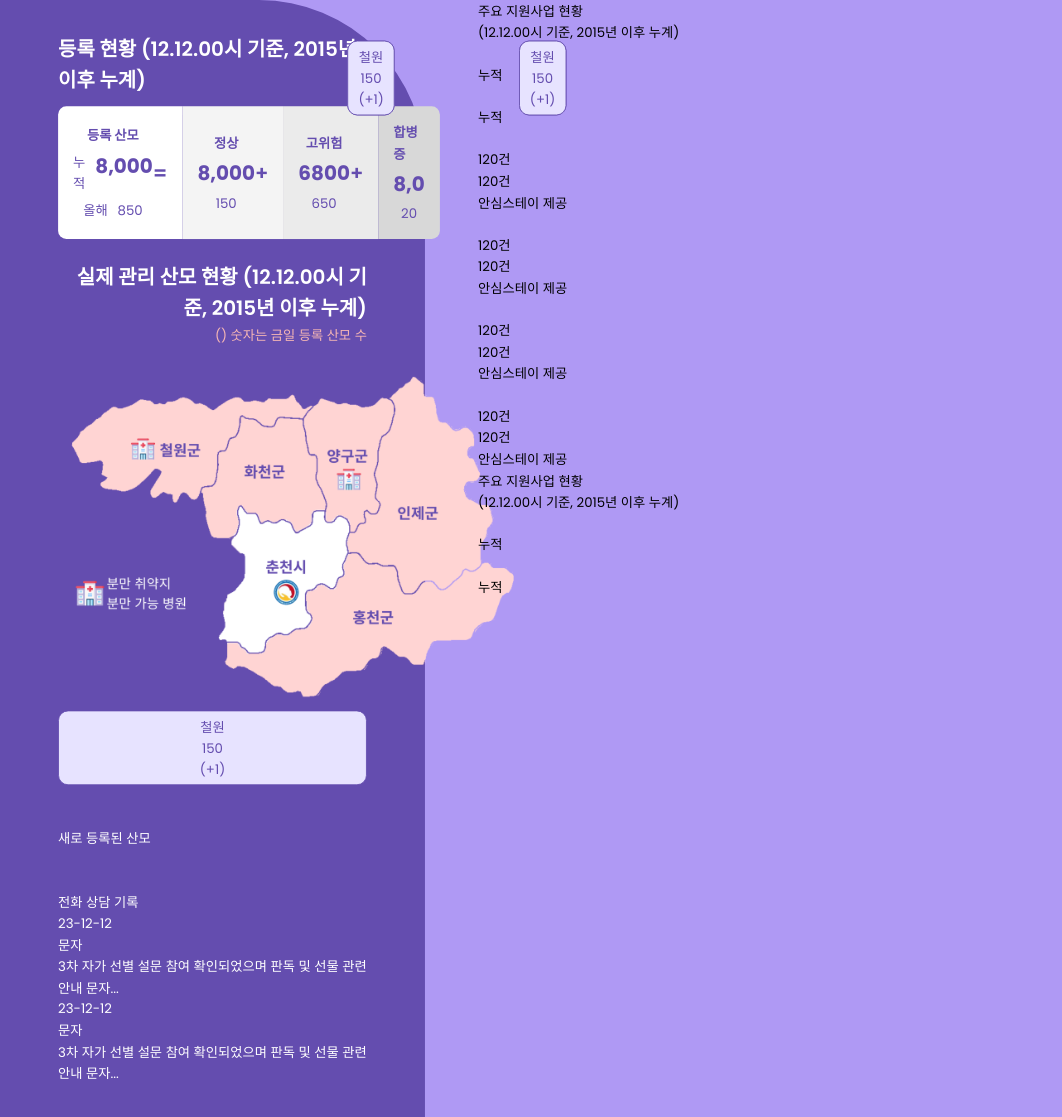
Repository: giapchicuong/Perganancy_Web
Page: index.html
An editor plug-in stored every save of this project. The page is shown before and after the next save, followed by the edit.
The browser window is 1280 px wide. The pictures show the whole page, at 83% of full size.

Above is the page before, as saved 2024-03-06 18:02:25.

After the next save:
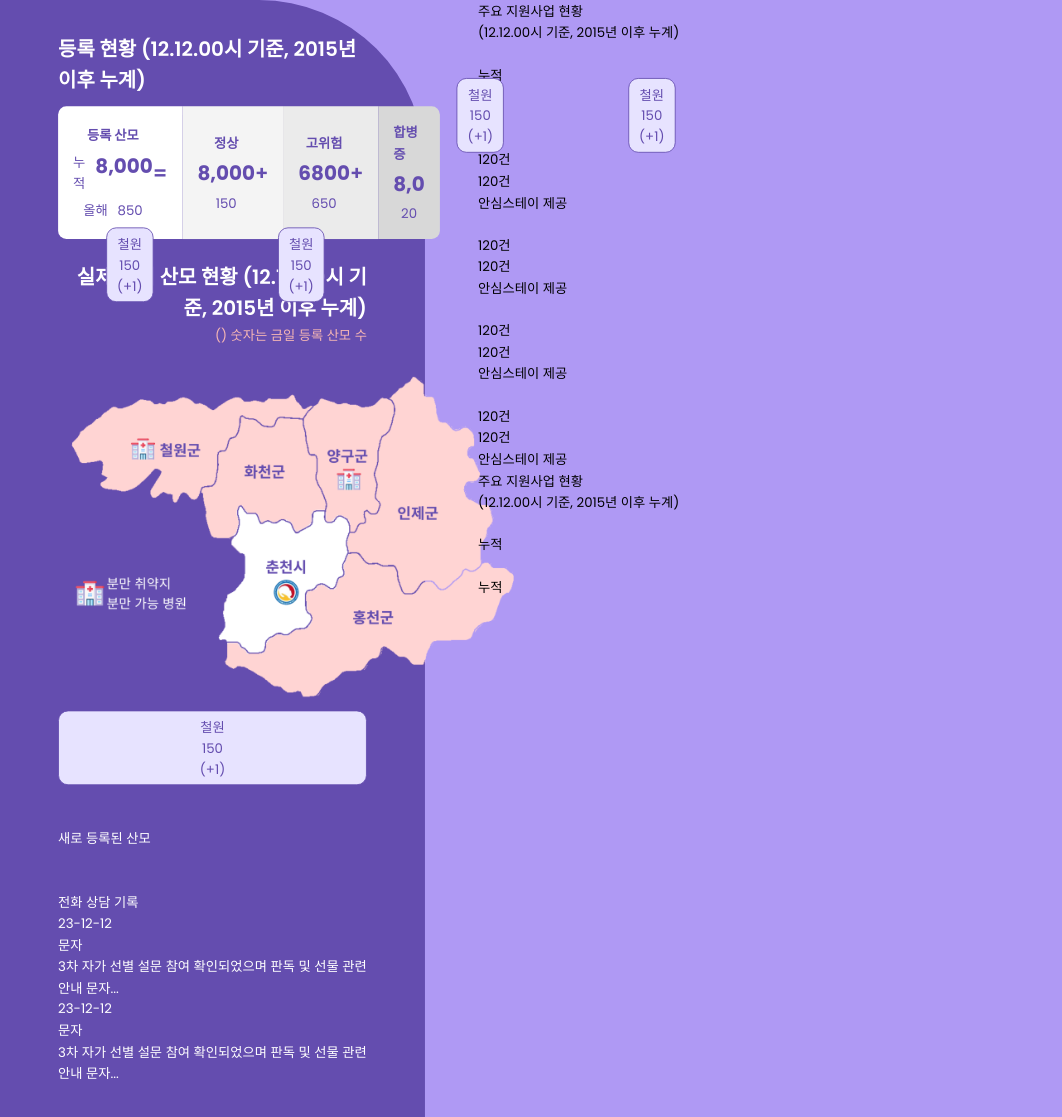
Saved 3 min 2 s later.
--- a/assets/style.css
+++ b/assets/style.css
@@ -125,7 +125,10 @@
     position: absolute;
     top: 13%;
     left: 43%;
-    transform: translate(-50%, -50%);
+}
+.advertising-left__map-item-list-top {
+    top: 38%;
+    left: 10%;
 }
 .advertising-left__map-item {
     display: flex;
